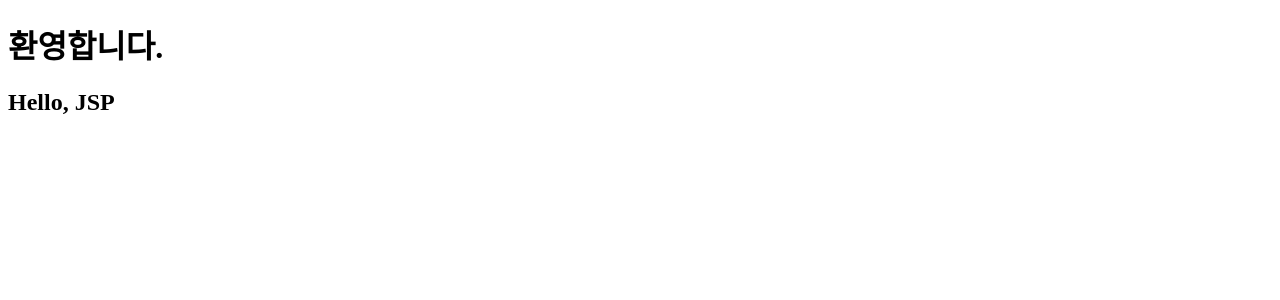
Repository: jsb5589/JAVAStudy
Page: http://localhost/JSP02/hello4.jsp
An editor plug-in stored every save of this project. The page is shown before and after the next save, followed by the edit.
The browser window is 1280 px wide. The pictures show the whole page.
The page is served by Tomcat 9.

Above is the page before, as saved 2021-08-09 05:24:32.

After the next save:
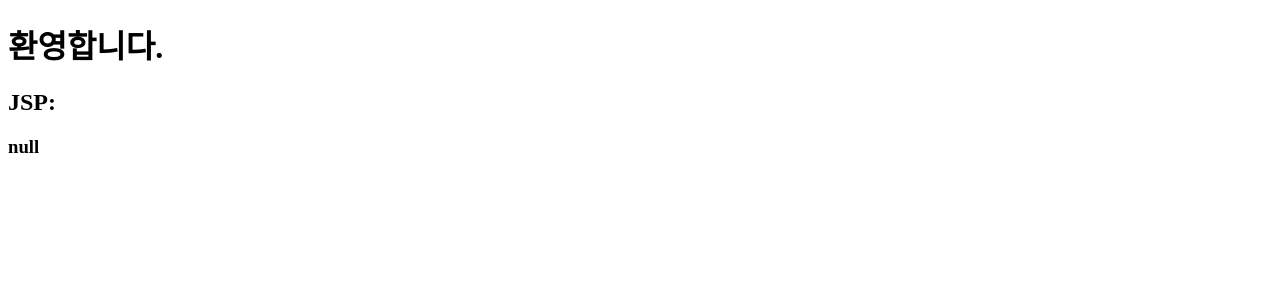
Saved 10 min 58 s later.
--- a/EZWebs/JSP02/src/main/webapp/hello4.jsp
+++ b/EZWebs/JSP02/src/main/webapp/hello4.jsp
@@ -2,11 +2,13 @@
     pageEncoding="UTF-8"%>
 
 <%!
-	String hello = "Hello, JSP";
-	public String getHello(){
-		return hello;
+	String jsp = "JSP";
+	public String getJsp(){
+		return jsp;
 	}
 %>
+
+<% String ver = request.getParameter("ver"); %>
 
 <!DOCTYPE html>
 <html>
@@ -16,6 +18,7 @@
 </head>
 <body>
 	<h1>환영합니다.</h1>
-	<h2><%=hello%></h2>
+	<h2><%=jsp%>: <h3><%=ver %></h2>
+
 </body>
 </html>
